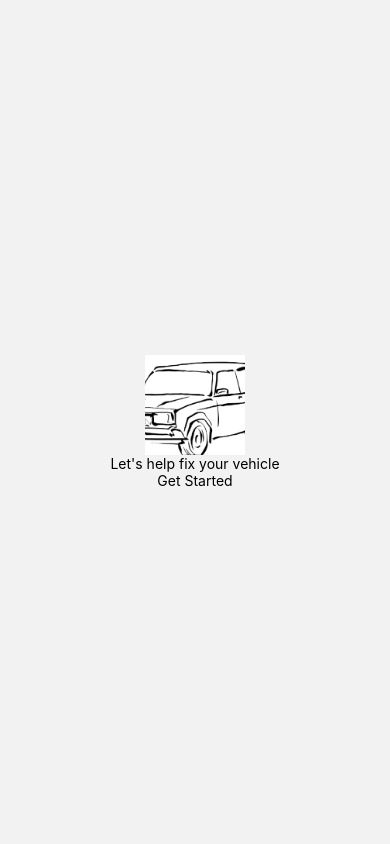
Repository: oyinmi/meko
Page: /
These files come from the project's save history. The page is drawn as it stood at one moment and after a run of saves; the edit follows.
The browser window is 390 px wide. The pictures show the whole page.
The app was drawn by React Native's web renderer in a window 390 px wide. The project was rebuilt for these pictures with package versions that can differ from the ones it lists, and the page was loaded fresh each time. Also part of the build but not shown: screens/Signup.js, screens/Signin.js, screens/Home.js.

Above is the page before, as saved 2021-02-15 21:41:15.

### App.js
import 'react-native-gesture-handler';
import { StatusBar } from 'expo-status-bar';
import React from 'react';
import { NavigationContainer } from '@react-navigation/native';
import { createStackNavigator } from '@react-navigation/stack';


import Launch from './screens/Launch';
import Signup from './screens/Signup';
import Signin from './screens/Signin';
import Home from './screens/Home';


const Stack = createStackNavigator();


const App = () => {
  return (
    <>
    <StatusBar backgroundColor='#EEFCFC' barStyle="default" />

      <NavigationContainer>

        <Stack.Navigator>

          <Stack.Screen options={{ headerShown: false }} name="Launch" component={Launch} />

          <Stack.Screen
            options={{
              headerTitleAlign: "center",
              headerStyle: {
                backgroundColor: '#EEFCFC'
              },
              headerTitleStyle: {
                color: 'white'
              },
              headerTintColor: "white"
            }}
            name="Signup"
            component={Signup}
          />

          <Stack.Screen
            options={{
              headerTitleAlign: "center",
              headerStyle: {
                backgroundColor: '#EEFCFC'
              },
              headerTitleStyle: {
                color: 'white'
              },
              headerTintColor: "white"
            }}
            name="Signin"
            component={Signin}
          />

          <Stack.Screen options={{ headerShown: false }} name="Home" component={Home} />

        </Stack.Navigator>

      </NavigationContainer>
    </>
  );
}


export default App;

### screens/Launch.js
/* jshint esversion: 6 */

import React from 'react';
import {
    View,
    Text,
    StyleSheet,
    TouchableOpacity,
    Image
} from 'react-native';


const Launch = ({ navigation }) => {
    return(
        <View style={ styles.container }>

            <Image source={ require('../assets/car 1.jpg') } style={ styles.image} />

            <Text style={ styles.motto }> Let's help fix your vehicle </Text>

            <TouchableOpacity style={ styles.startButton }>
               <Text style={ styles.startText } onPress={() => navigation.navigate('Signup')}> Get Started </Text>
            </TouchableOpacity>

        </View>
    );
}


export default Launch;


const styles = StyleSheet.create({
    container: {
        flex: 1,
        alignItems: "center",
        justifyContent: "center",
        width: '80%',
        alignSelf: "center",
    },
    image: {
        width: 100,
        height: 100,
        // borderRadius: 100,
    },
    logoText: {
        fontSize: 20,
        fontWeight: '600',
        color: 'black'
    },
});

After the next 2 saves:
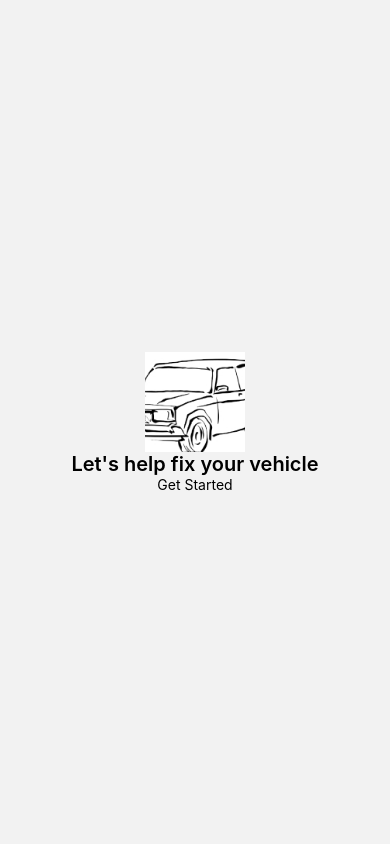
The 2 saves are shown as one change because they came seconds apart.
The last was saved 8 s later.
--- a/screens/Launch.js
+++ b/screens/Launch.js
@@ -43,7 +43,7 @@
         height: 100,
         // borderRadius: 100,
     },
-    logoText: {
+    motto: {
         fontSize: 20,
         fontWeight: '600',
         color: 'black'
